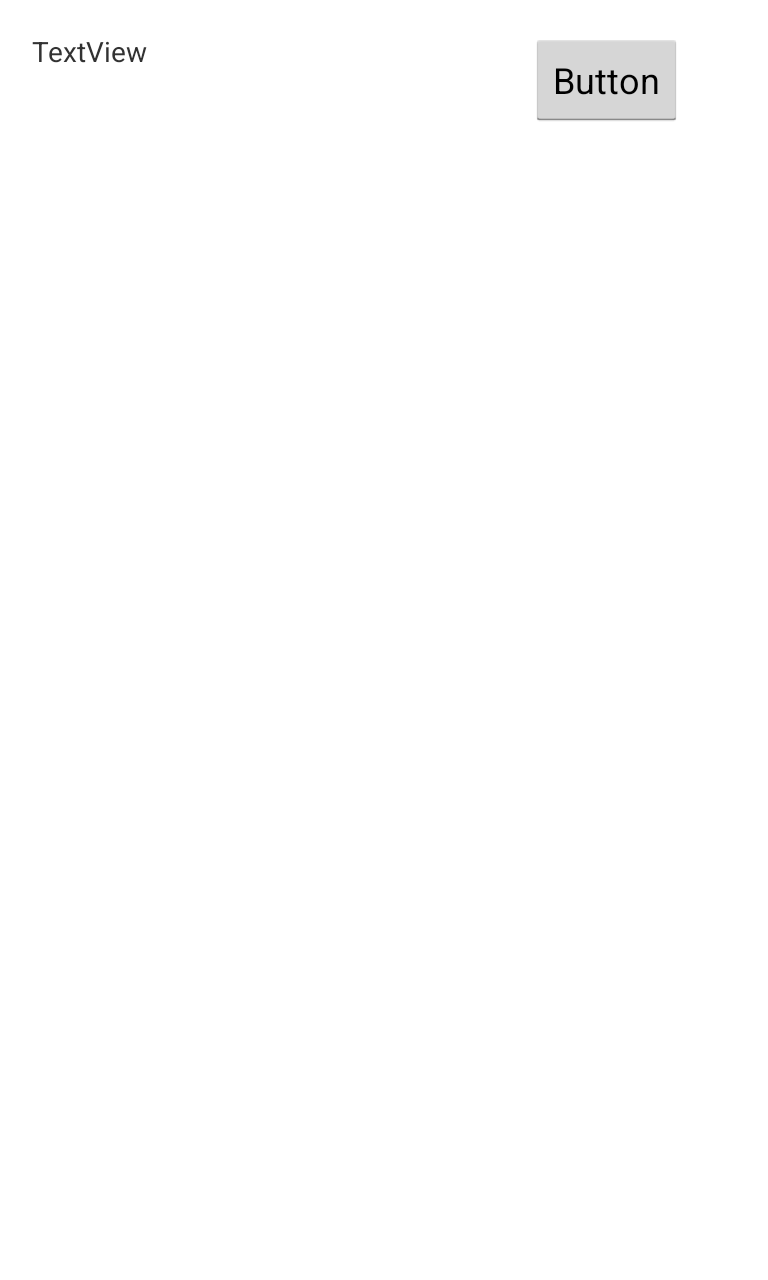
Repository: milosz90/pracaMagisterska
Layout: magisterka/res/layout/activity_inventory.xml
These files come from the project's save history. The layout is drawn as it stood at one moment and after the next save; the edit follows.
It is drawn on a 768 x 1280 px phone screen (xhdpi) without system bars, with theme AppTheme; the app's code is not run.

Above is the layout before, as saved 2015-05-08 15:41:14.

After the next save:
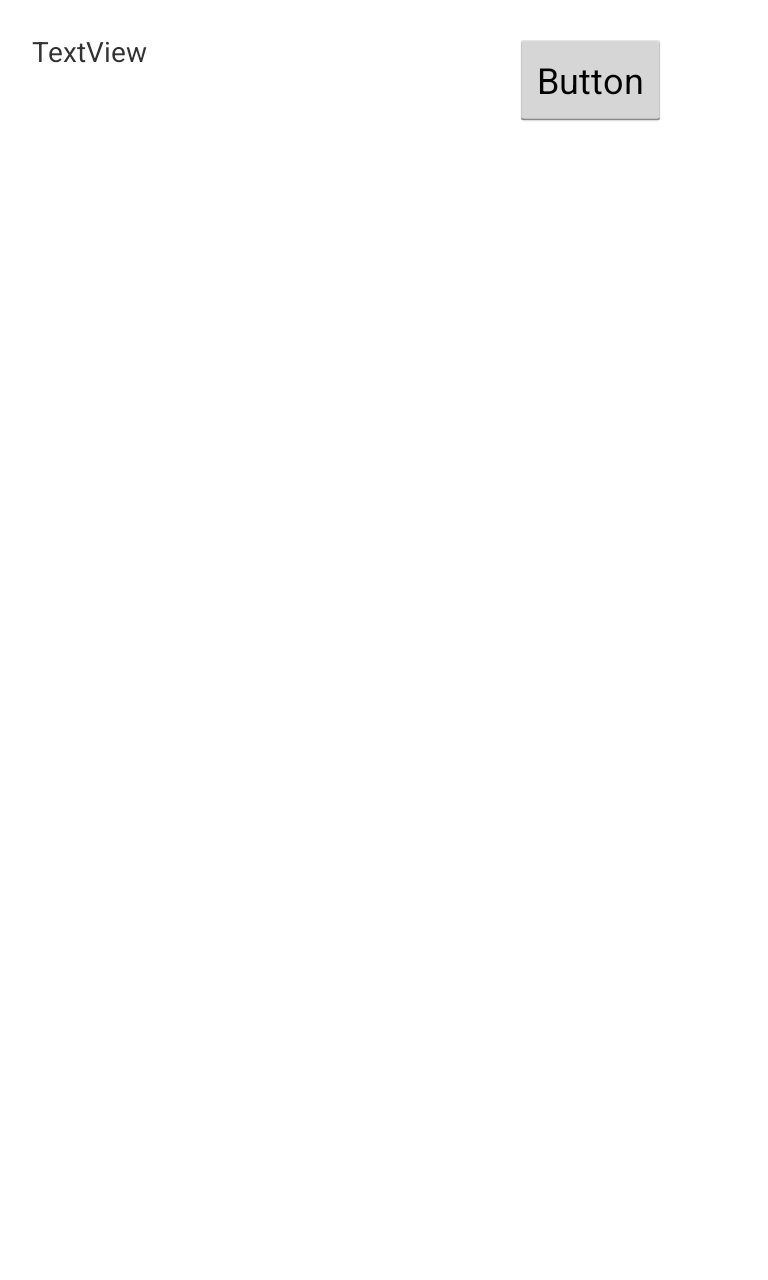
Saved 78 s later.
--- a/magisterka/res/layout/activity_inventory.xml
+++ b/magisterka/res/layout/activity_inventory.xml
@@ -23,8 +23,9 @@
         android:layout_height="wrap_content"
         android:layout_alignParentRight="true"
         android:layout_alignTop="@+id/txtItemDescription"
-        android:layout_marginRight="26dp"
-        android:text="Button"
-        android:onClick="btnSave" />
+        android:layout_marginRight="34dp"
+        android:onClick="btnSave"
+        android:text="Zapisz ustawienia"
+        android:text="Button" />
 
 </RelativeLayout>
